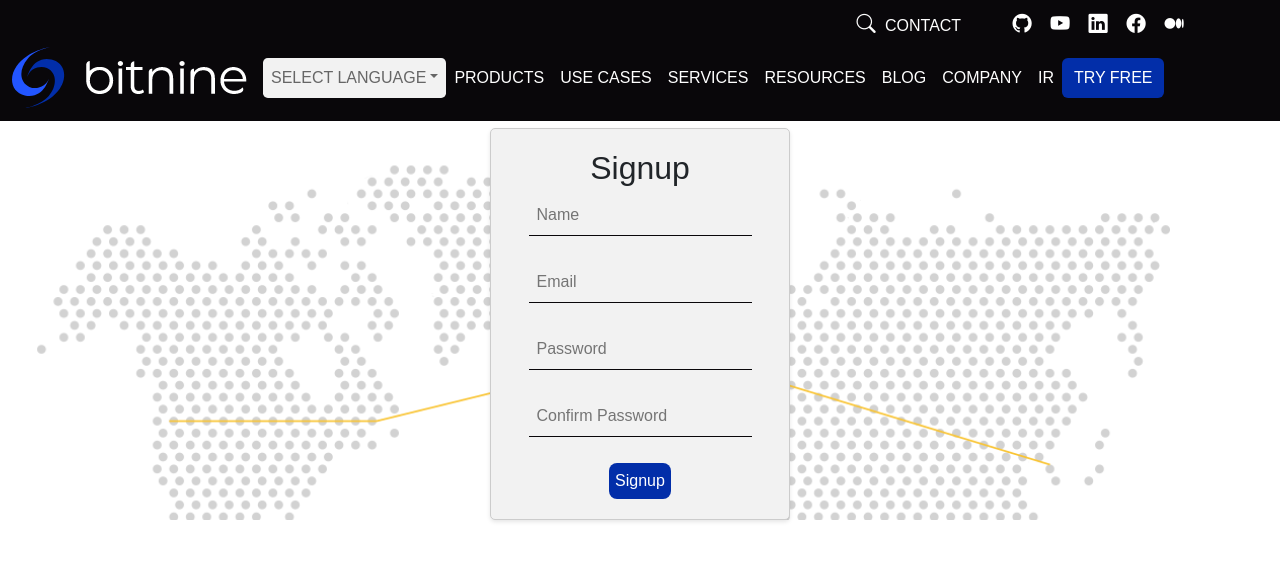
Repository: devblackie/signinpage
Page: /
The author's editor kept a copy of each file at every save. The page is drawn from the files as they stood at one save, then again after a run of saves.
The browser window is 1280 px wide. The pictures show the whole page.
Some web fonts or font styles are not loaded; a fallback is used. The project was rebuilt for these pictures with package versions that can differ from the ones it lists, and the page was loaded fresh each time. Also part of the build but not shown: vite.config.js, src/components/Login.jsx, src/components/Dashboard.jsx, src/components/Home.jsx, src/components/ProtectedDashboard.jsx.

Above is the page before, as saved 2023-08-28 17:01:31.

After the next 2 saves:
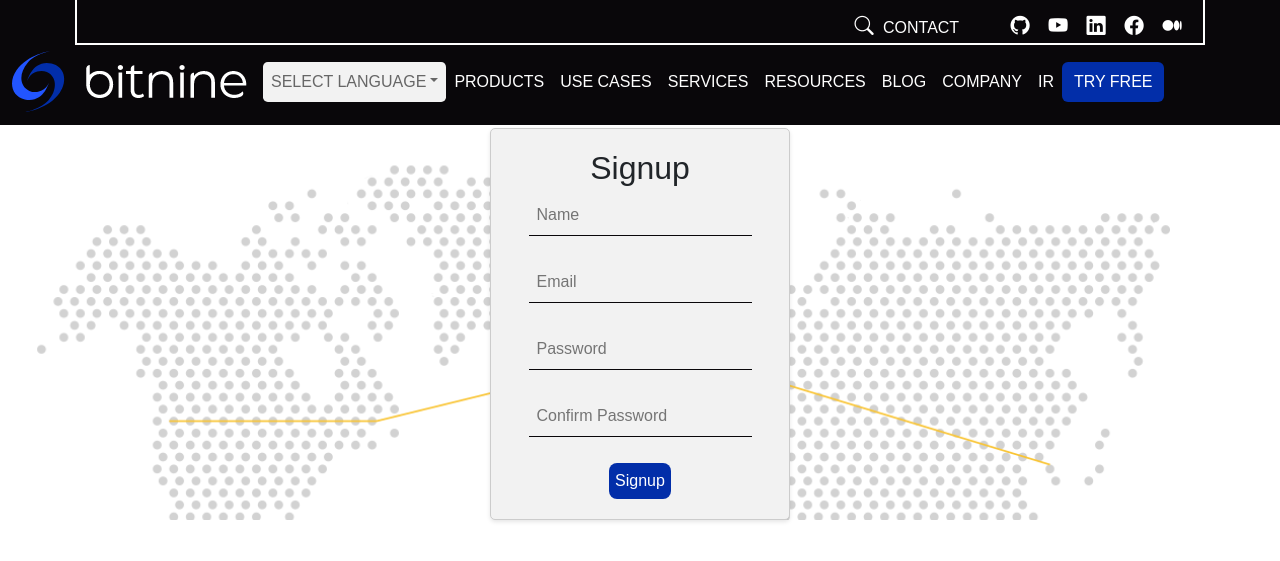
The 2 saves are shown as one change because they came seconds apart.
The last was saved 8 s later.
--- a/src/components/style/navbar.css
+++ b/src/components/style/navbar.css
@@ -19,7 +19,7 @@
 
 .topbar .container .row {
   margin: -7px;
-  border: 2px
+  border: 2px solid white;
 }
 
 ul.social-network {
